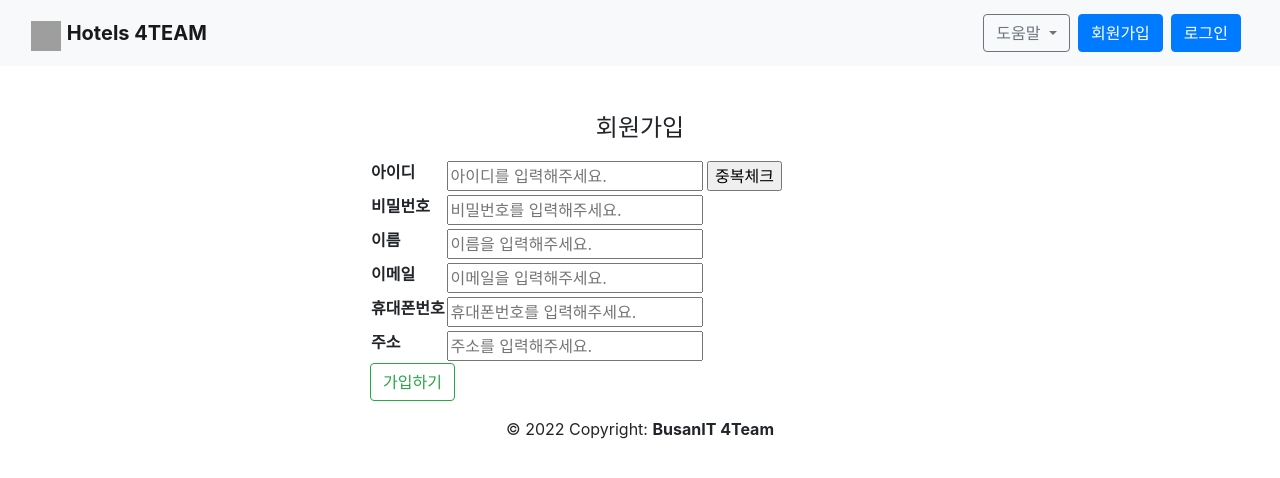
Repository: ShinKioh/Hotel_project
Page: http://localhost/HOTEL/register.jsp
The author's editor kept a copy of each file at every save. The page is drawn from the files as they stood at one save, then again after the next save.
The browser window is 1280 px wide. The pictures show the whole page.
Pictures or frames that could not be fetched are drawn as grey boxes. The page is served by Tomcat 9. Other server files are loaded and not shown.

Above is the page before, as saved 2022-02-23 03:38:36.

### HOTEL/WebContent/register.jsp
<%@ page language="java" contentType="text/html; charset=UTF-8"
	pageEncoding="UTF-8"%>
<!DOCTYPE html>
<html>
<head>
<meta charset="UTF-8">
<link rel="stylesheet"
	href="//unpkg.com/bootstrap@4/dist/css/bootstrap.min.css">
<title>회원가입 페이지</title>

</head>
<body>
	<header>
		<nav class="navbar navbar-expand-lg navbar-light bg-light">
			<div class="container-fluid">
				<a class="navbar-brand" href="main.jsp"> <img
					src="img/premium-icon-letter-h-5540593.png" alt="" width="30"
					height="30" class="d-inline-block align-text-top"> <span
					class="navbar-brand mb-0 h1"><b>Hotels 4TEAM</b></span>
				</a>
				<div class="d-flex justify-content-end">
					<div class="dropdown mr-2">
						<a class="btn btn-outline-secondary dropdown-toggle" href="#"
							role="button" id="dropdownMenuLink" data-toggle="dropdown"
							aria-expanded="false"> 도움말 </a>
						<div class="dropdown-menu" aria-labelledby="dropdownMenuLink">
							<a class="dropdown-item" href="#">공지 사항</a> <a
								class="dropdown-item" href="#">문의 사항</a> <a
								class="dropdown-item" href="#">FAQ</a>
						</div>
					</div>
					<a class="btn btn-primary mr-2" href="register?action=registerUser">회원가입</a>
					<a class="btn btn-primary mr-2" href="login.jsp">로그인</a>
				</div>
			</div>
		</nav>
	</header>
	<div class="container">
		<div class="row mt-5">
			<div class="col-md-6 mx-auto">
				<h4 class="text-center mb-3">회원가입</h4>
				<form action="<%=request.getContextPath()%>/register" method="post">
					<div class="form-group">
						<input type="hidden" name="action" value="registerUser">
					</div>
					<div class="register-form">
						<table>
							<tbody>
								<tr>
									<th><label for="id">아이디</label></th>
									<td><input type="text" name="id"
										placeholder="아이디를 입력해주세요." required > <input
										type="button" onclick="sendServer()" value="중복체크">
										<div id="output"></div> <script type="text/javascript">
											const input = document
													.querySelector('input[type="text"]'); // 태그타입으로 선택
											const output = document
													.getElementById('output');
											const request = new XMLHttpRequest(); // Ajax request 객체 생성
											function sendServer() {
												// 버튼을 누르면 실행되는 함수
												let id = input.value; // input창에 입력한 값
												let url = 'idCheck.jsp?id='
														+ id; // 요청할 jsp페이지 주소
												request.open('GET', url, true);
												request.send();
												request.onreadystatechange = getInfo;
											}
											function getInfo() {
												if (request.readyState == 4
														&& request.status == 200) {
													let info = request.responseText; // 요청한 결과 받기
													output.textContent = info;
												}
											};
										</script></td>
								</tr>
								<tr>
									<th><label for="id">비밀번호</label></th>
									<td><input type="text" name="password"
										placeholder="비밀번호를 입력해주세요." required></td>
								</tr>
								<tr>
									<th><label for="id">이름</label></th>
									<td><input type="text" name="name"
										placeholder="이름을 입력해주세요." required></td>
								</tr>
								<tr>
									<th><label for="id">이메일</label></th>
									<td><input type="text" name="email"
										placeholder="이메일을 입력해주세요." required></td>
								</tr>
								<tr>
									<th><label for="id">휴대폰번호</label></th>
									<td><input type="text" name="phone"
										placeholder="휴대폰번호를 입력해주세요." required></td>
								</tr>
								<tr>
									<th><label for="id">주소</label></th>
									<td><input type="text" name="address"
										placeholder="주소를 입력해주세요." required></td>
								</tr>
							</tbody>
						</table>
					</div>
					<%--가입하기 클릭시 신규회원 등록, 메인 페이지로 이동 --%>
					<button type="submit" class="btn btn-outline-success"
						onClick="location.href='main.jsp'">가입하기</button>
				</form>
			</div>
		</div>
	</div>
	<footer class="footer font-small black">
		<div class="footer-copyright text-center py-3">
			© 2022 Copyright: <b> BusanIT 4Team</b>
		</div>
	</footer>
</body>
</html>

After the next save:
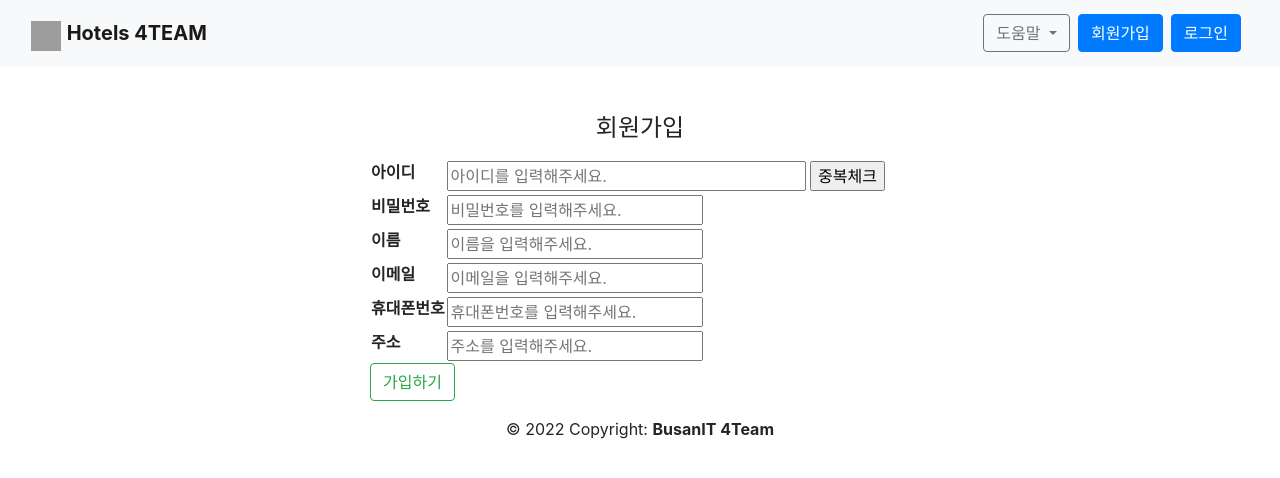
Saved 54 s later.
--- a/HOTEL/WebContent/register.jsp
+++ b/HOTEL/WebContent/register.jsp
@@ -49,7 +49,7 @@
 								<tr>
 									<th><label for="id">아이디</label></th>
 									<td><input type="text" name="id"
-										placeholder="아이디를 입력해주세요." required > <input
+										placeholder="아이디를 입력해주세요." required size="30" > <input
 										type="button" onclick="sendServer()" value="중복체크">
 										<div id="output"></div> <script type="text/javascript">
 											const input = document
